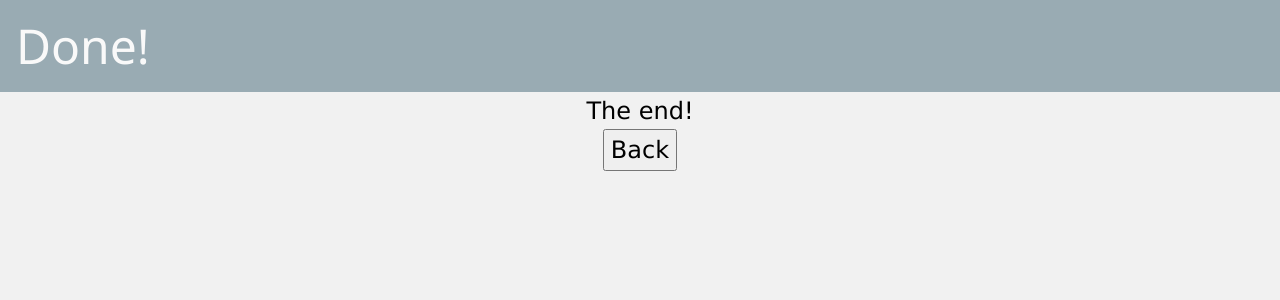
Repository: OleksandrDoskaliukKN313/IIC
Page: http://localhost/WebDictionary/en_ua
These files come from the project's save history. The page is drawn as it stood at one moment and after the next save; the edit follows.
The browser window is 1280 px wide. The pictures show the whole page.
The page is served by Tomcat 9. Other server files are loaded and not shown. Queries for data that is not in the repository find no rows.

Above is the page before, as saved 2020-10-12 10:37:50.

### WebDictionary/WebContent/done.jsp
<%@ page language="java" contentType="text/html; charset=ISO-8859-1"
    pageEncoding="ISO-8859-1"%>
<!DOCTYPE html>
<html>
<head>
<meta charset="ISO-8859-1">
<title>Done</title>
<link rel="stylesheet" href="w3.css">
</head>
<body class="w3-light-grey ">
<div class="w3-container w3-blue-grey w3-opacity w3-left-align 	">
        <h1 class = "w3-xxxlarge">Done!</h1>
    </div>
    <div class = "w3-xlarge w3-container w3-center">
    The end!
    <br>
<button onclick="location.href='index.html'">Back</button>
    </div>


</body>
</html>

### WebDictionary/src/servlets/En_ua.java
package servlets;

import java.io.IOException;

import javax.servlet.RequestDispatcher;
import javax.servlet.ServletException;
import javax.servlet.http.HttpServlet;
import javax.servlet.http.HttpServletRequest;
import javax.servlet.http.HttpServletResponse;

import worker.Handler;



public class En_ua extends HttpServlet {
	private String word = Handler.getNextWord();
	private void processRequest(HttpServletRequest request, HttpServletResponse response) throws ServletException, IOException {
		System.out.println("EN_UA SERVLET");
		if(Handler.created)word = Handler.getNextWord();
		if(word!=null)
		{
			request.setAttribute("servlet", "/WebDictionary/TesterServlet");
			request.setAttribute("word", word);
			RequestDispatcher dispatcher = request.getRequestDispatcher("en_ua.jsp");
			dispatcher.forward(request, response);
			Handler.created=true;
		}
		else
		{
			Handler.clear();
			word = Handler.getNextWord();
			RequestDispatcher dispatcher = request.getRequestDispatcher("done.jsp");
			dispatcher.forward(request, response);
		}

    }

    @Override
    protected void doGet(HttpServletRequest request, HttpServletResponse response) throws ServletException, IOException {
        processRequest(request, response);
    }

    @Override
    protected void doPost(HttpServletRequest request, HttpServletResponse response) throws ServletException, IOException {
        processRequest(request, response);
    }
}

### WebDictionary/src/worker/Handler.java
package worker;
import java.sql.ResultSet;
import java.sql.SQLException;

import database.DatabaseFacade;
public class Handler {
	public static boolean created = false;
	private static ResultSet resultSet = null;
	public static String currentWordEN=null;
	public static String currentWordUA=null;


	private Handler()
	{
	}
	private static ResultSet getResultSet()
	{
		if(resultSet == null)
		{
		try
		{
			resultSet = DatabaseFacade.getStatment().executeQuery("select * from words.words");

		}
		catch(SQLException e)
		{
			e.printStackTrace();
		}
		}
		return resultSet;
	}
	public static String getCurrentWordEN()
	{
		return currentWordEN;
	}
	public static String getCurrentWordUA()
	{
		return currentWordUA;
	}
	public static String getNextWord()
	{
			try {
				ResultSet temp = getResultSet();
				if(temp.next())
					{currentWordEN= temp.getString("en");
					currentWordUA= temp.getString("ua");
					return currentWordEN;}
				else return null;
			} catch (SQLException e) {
				// TODO Auto-generated catch block
				e.printStackTrace();
				return null;
			}
	}
	public static void clear()
	{
		created = false;
		resultSet = null;
		currentWordEN=null;
		currentWordUA=null;
	}
}

### WebDictionary/src/database/DatabaseFacade.java
package database;


import java.sql.Connection;
import java.sql.DriverManager;
import java.sql.SQLException;
import java.sql.Statement;

public class DatabaseFacade {
	private static Statement statement=null;
	private DatabaseFacade() {
		getStatment();
	}

	public static Statement getStatment()
	{
		if(statement==null)
		{
			try
			{
				Connection connection = DriverManager.getConnection("jdbc:postgresql://localhost:5432/dictionary","postgres","1234");
				statement = connection.createStatement();
				return statement;

			} catch (SQLException e) {

				System.out.println("Connection Failure!");
				e.printStackTrace();
				return null;
			}
		}
		else return statement;

	}
}

Loaded but not shown: WebDictionary/WebContent/w3.css (library)

After the next save:
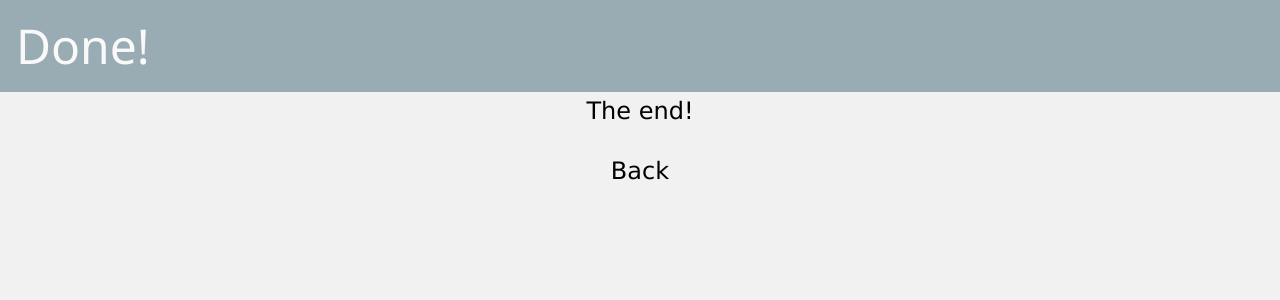
Saved 28 s later.
--- a/WebDictionary/WebContent/done.jsp
+++ b/WebDictionary/WebContent/done.jsp
@@ -14,7 +14,7 @@
     <div class = "w3-xlarge w3-container w3-center">
     The end!
     <br>
-<button onclick="location.href='index.html'">Back</button>
+<button class="w3-btn w3-hover-red w3-round-large w3-margin-top" onclick="location.href='index.html'">Back</button>
     </div>
 
 
